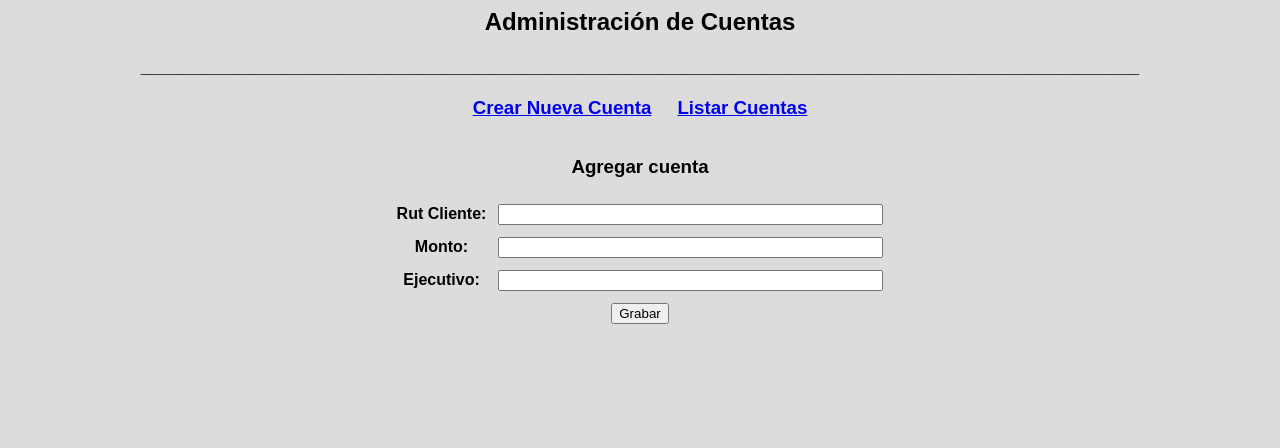
Repository: miguelalvarezcl/examen
Page: http://localhost/CtaCorriente/newcuenta
These files come from the project's save history. The page is drawn as it stood at one moment and after the next save; the edit follows.
The browser window is 1280 px wide. The pictures show the whole page.
The page is served by Tomcat 9.

Above is the page before, as saved 2021-11-13 22:14:31.

After the next save:
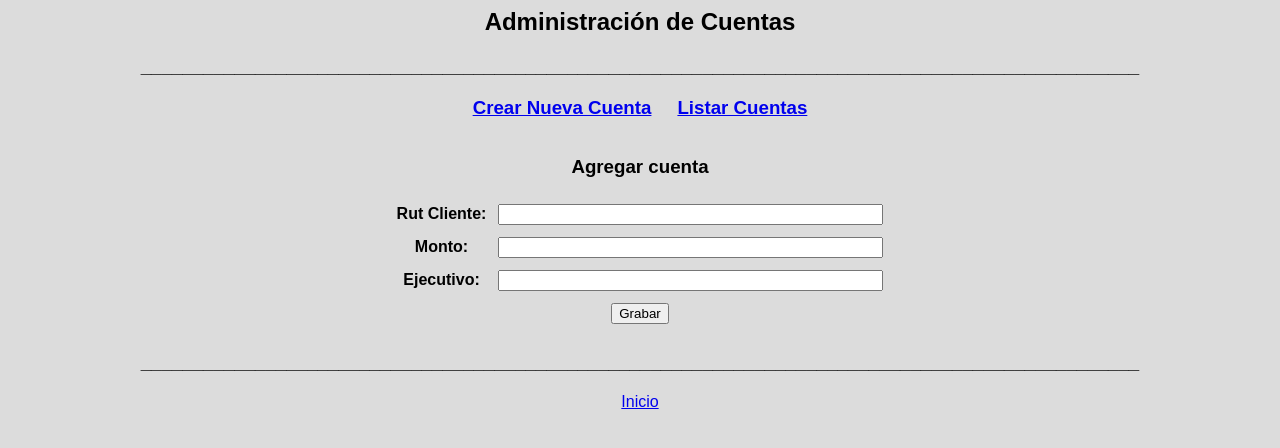
Saved 55 s later.
--- a/CtaCorriente/WebContent/FormularioCuenta.jsp
+++ b/CtaCorriente/WebContent/FormularioCuenta.jsp
@@ -72,6 +72,12 @@
         </table>
         </form>
     </div>
+            <center>
+        <h4>
+            <h3>________________________________________________________________________________________________</h3>
+            <a href="/CtaCorriente/home.jsp">Inicio</a>
+        </h4>
+    </center>
 </body>
 </html>
 
